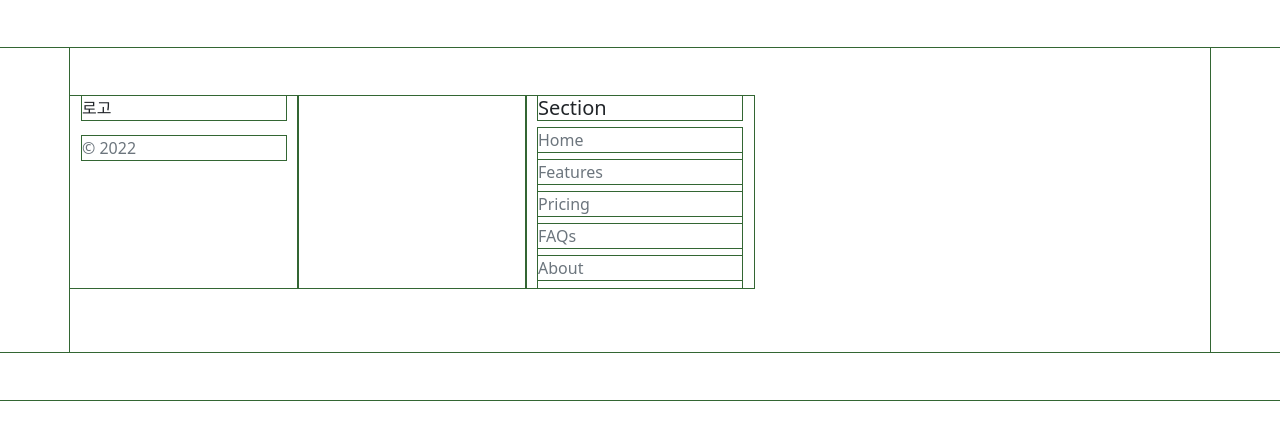
Repository: raoniee/Elice-House-Project
Page: FE/src/components/footer/footer.html
These files come from the project's save history. The page is drawn as it stood at one moment and after the next save; the edit follows.
The browser window is 1280 px wide. The pictures show the whole page.

Above is the page before, as saved 2023-07-04 16:49:02.

After the next save:
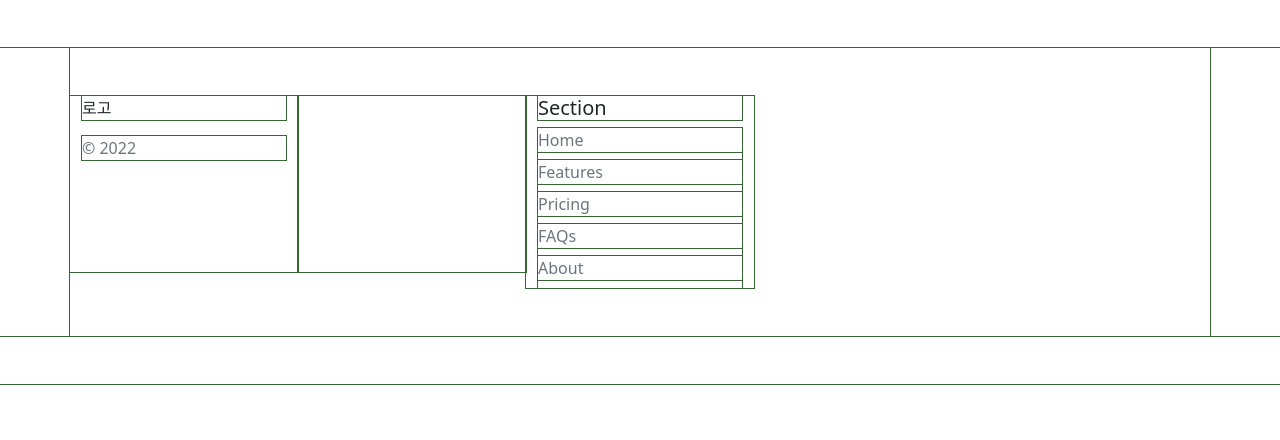
Saved 6 s later.
--- a/FE/src/components/footer/footer.html
+++ b/FE/src/components/footer/footer.html
@@ -32,7 +32,7 @@
 
         <div class="col mb-3"></div>
 
-        <div class="col mb-3">
+        <div class="col mb-9">
           <h5>Section</h5>
           <ul class="nav flex-column">
             <li class="nav-item mb-2">

After the save that followed:
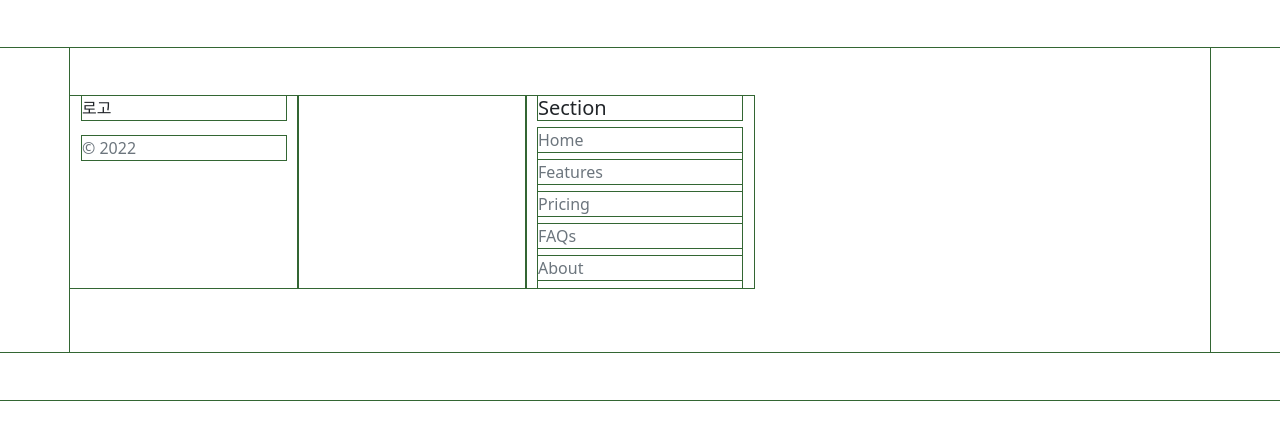
Saved 7 s later.
--- a/FE/src/components/footer/footer.html
+++ b/FE/src/components/footer/footer.html
@@ -32,7 +32,7 @@
 
         <div class="col mb-3"></div>
 
-        <div class="col mb-9">
+        <div class="col mb-3">
           <h5>Section</h5>
           <ul class="nav flex-column">
             <li class="nav-item mb-2">
